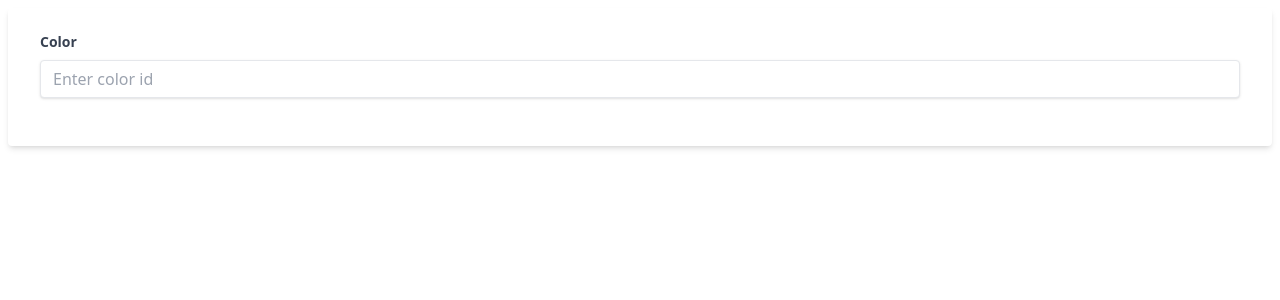
Repository: hjubsoni/codibly-exercise
Page: /products
These files come from the project's save history. The page is drawn as it stood at one moment and after a run of saves; the edit follows.
The browser window is 1280 px wide. The pictures show the whole page.
The project was rebuilt for these pictures with package versions that can differ from the ones it lists, and the page was loaded fresh each time. The framework's server and built-in components were replaced by stand-ins that run in the browser. Also part of the build but not shown: next.config.js.

Above is the page before, as saved 2023-01-06 21:35:02.

### app/layout.tsx
import "../styles/globals.css";

export default function RootLayout({
  children,
}: {
  children: React.ReactNode;
}) {
  return (
    <html>
      <body>{children}</body>
    </html>
  );
}

### app/products/page.tsx
import React from "react";
import ColorInput from "../components/ColorInput";
import SingleColor from "./singleColor";
import Pagination from "./pagination";

async function Products() {
  return (
    <main className="flex flex-col gap-8 p-2">
      <ColorInput />
    </main>
  );
}

export default Products;

### app/components/ColorInput/index.tsx
export { default } from "./ColorInput";

### app/components/ColorInput/ColorInput.tsx
"use client";
import React from "react";
import { useRouter } from "next/navigation";

function ColorInput() {
  const [id, setId] = React.useState("");
  const [error, setError] = React.useState("");
  const router = useRouter();

  const handleSubmit = (e: React.FormEvent<HTMLFormElement>) => {
    e.preventDefault();
    parseInt(id) > 0 && parseInt(id) < 13
      ? router.push(`/products/${parseInt(id)}`)
      : setError("Please enter a number between 1 and 12");
  };
  return (
    <form
      className="bg-white shadow-md rounded px-8 pt-6 pb-8 mb-4"
      onSubmit={handleSubmit}
    >
      <div className="mb-4">
        <label
          className="block text-gray-700 text-sm font-bold mb-2"
          htmlFor="color"
        >
          Color
        </label>
        <input
          onChange={(e) => setId(e.target.value)}
          value={id}
          className="shadow appearance-none border rounded w-full py-2 px-3 text-gray-700 leading-tight focus:outline-none focus:shadow-outline"
          id="color"
          type="text"
          pattern="[-0-9]+"
          placeholder="Enter color id"
        />
      </div>
      <span className="text-red-500">{error}</span>
    </form>
  );
}

export default ColorInput;

### app/products/colors.tsx
import React from "react";

function Colors() {
  return <div>Colors</div>;
}

export default Colors;

Loaded but not shown: styles/globals.css (common file); tailwind.config.js (common file)

After the next 2 saves:
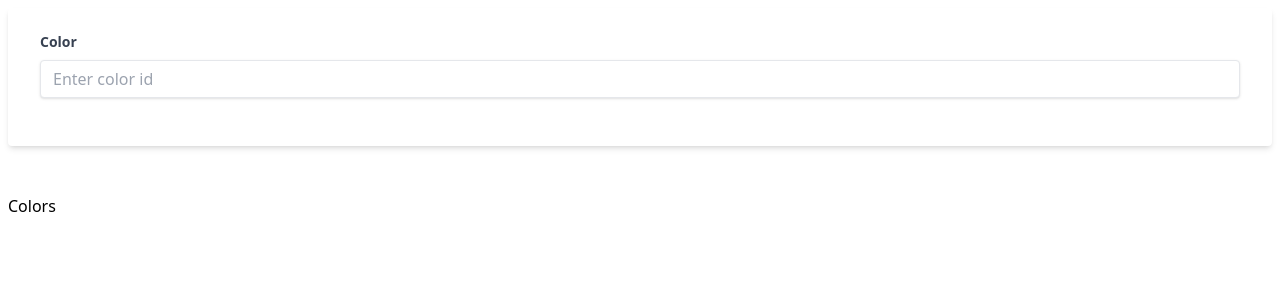
The 2 saves are shown as one change because 1 did not build or start.
The last was saved 35 s later.
--- a/app/products/page.tsx
+++ b/app/products/page.tsx
@@ -2,11 +2,13 @@
 import ColorInput from "../components/ColorInput";
 import SingleColor from "./singleColor";
 import Pagination from "./pagination";
+import Colors from "./colors";
 
 async function Products() {
   return (
     <main className="flex flex-col gap-8 p-2">
       <ColorInput />
+      <Colors />
     </main>
   );
 }
